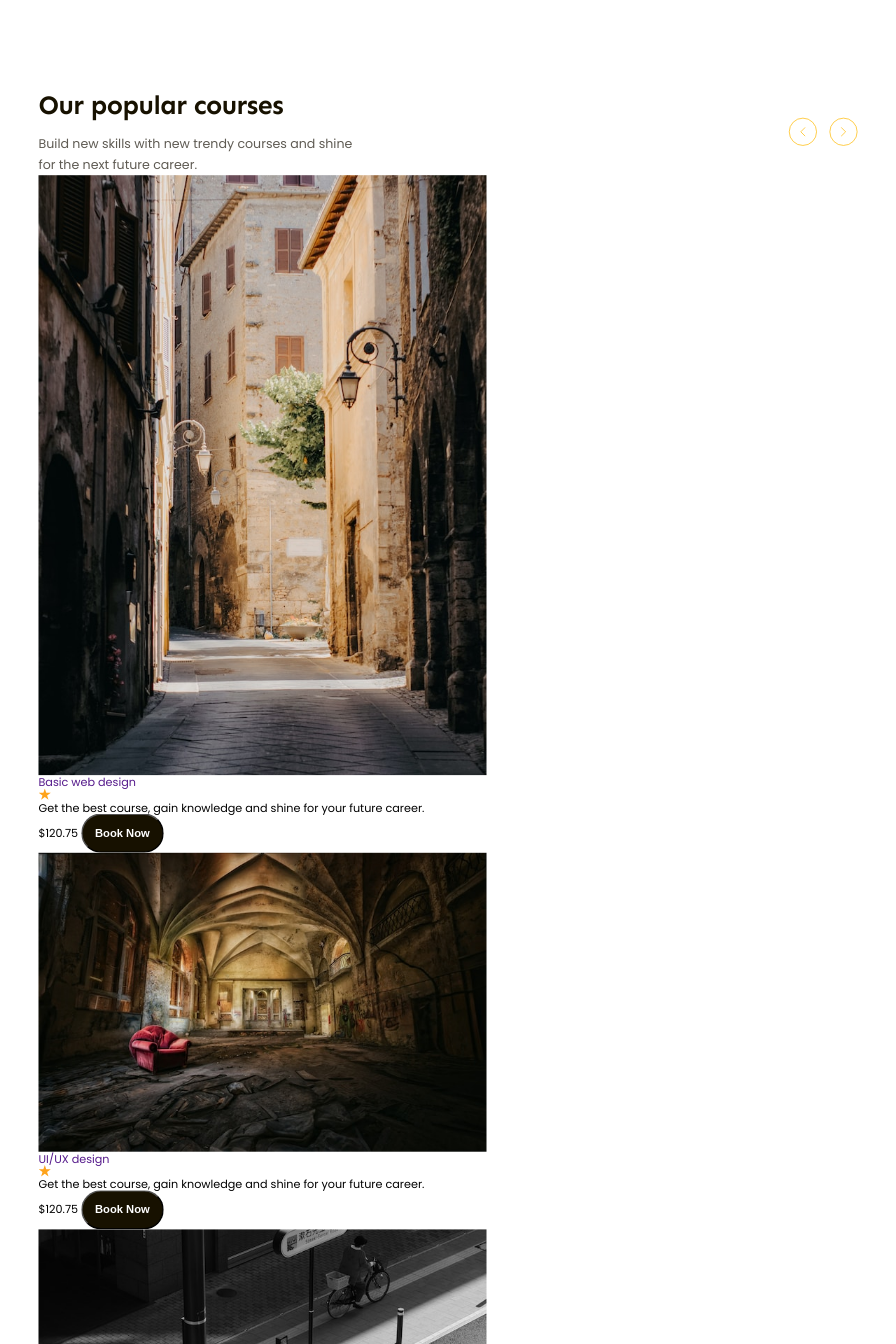
Repository: empty24062002/f8-htmlcss-02-pratice
Page: index.html
The author's editor kept a copy of each file at every save. The page is drawn from the files as they stood at one save, then again after the next save.
The browser window is 1280 px wide. The pictures show the part of the page from y = 946 to 2866 px (the page is 5187 px tall), at 70% of full size.
A picture or video elsewhere on the page could not be fetched, so the positions and the page height are approximate.

Above is the page before, as saved 2023-07-19 07:37:07.

### index.html
<!DOCTYPE html>
<html lang="en">
    <head>
        <meta charset="UTF-8" />
        <meta name="viewport" content="width=device-width, initial-scale=1.0" />
        <title>F8 Project 02 Practice</title>
        <!-- Reset CSS -->
        <link rel="stylesheet" href="./assets/css/reset.css" />
        <!-- Embed font -->
        <link rel="preconnect" href="https://fonts.googleapis.com" />
        <link rel="preconnect" href="https://fonts.gstatic.com" crossorigin />
        <link
            href="https://fonts.googleapis.com/css2?family=Poppins:wght@400;500;600;700&family=Sen:wght@700&display=swap"
            rel="stylesheet"
        />
        <link rel="stylesheet" href="./assets/css/styles.css" />
    </head>
    <body>
        <!-- Header -->
        <header class="header fixed">
            <div class="main-content">
                <div class="body">
                    <img
                        src="./assets/img/logo.svg"
                        alt="lesson."
                        class="logo"
                    />
                    <!-- nav -->
                    <nav class="nav">
                        <ul>
                            <li class="active">
                                <a href="#!">Home</a>
                            </li>
                            <li>
                                <a href="#!">Courses</a>
                            </li>
                            <li>
                                <a href="#!">Pricing</a>
                            </li>
                            <li>
                                <a href="#!">Reviews</a>
                            </li>
                        </ul>
                    </nav>
                    <!-- Action -->
                    <div class="action">
                        <a href="#!" class="btn sign-up-btn">Sign Up</a>
                    </div>
                </div>
            </div>
        </header>
        <main style="height: 5000px">
            <!-- hero -->
            <div class="hero">
                <div class="main-content">
                    <div class="hero-body">
                        <!-- Hero left -->
                        <div class="media-block">
                            <img
                                src="./assets/img/hero-media.jpg"
                                alt="Learn without limits and spread knowledge."
                                class="img"
                            />
                            <div class="hero-summary">
                                <!-- Item 1 -->
                                <div class="item">
                                    <div class="icon">
                                        <img
                                            src="./assets/icons/icon1.svg"
                                            alt=""
                                        />
                                    </div>
                                    <div class="info">
                                        <p class="lable">20 Courses</p>
                                        <p class="title">UI/UX Design</p>
                                    </div>
                                </div>
                                <!-- Item 2 -->
                                <div class="item">
                                    <div class="icon">
                                        <img
                                            src="./assets/icons/icon2.svg"
                                            alt=""
                                        />
                                    </div>
                                    <div class="info">
                                        <p class="lable">20 Courses</p>
                                        <p class="title">Development</p>
                                    </div>
                                </div>
                                <!-- Item 3 -->
                                <div class="item">
                                    <div class="icon">
                                        <img
                                            src="./assets/icons/icon 3.svg"
                                            alt=""
                                        />
                                    </div>
                                    <div class="info">
                                        <p class="lable">30 Courses</p>
                                        <p class="title">Marketing</p>
                                    </div>
                                </div>
                            </div>
                        </div>
                        <!-- Hero right -->
                        <div class="content-block">
                            <h1 class="heading lv1">
                                Learn without limits and spread knowledge.
                            </h1>
                            <p class="desc">
                                Build new skills for that “this is my year”
                                feeling with courses, certificates, and degrees
                                from world-class universities and companies.
                            </p>
                            <div class="cta-group">
                                <a href="" class="btn cta-btn">See Courses</a>
                                <button class="watch-video">
                                    <div class="icon">
                                        <img
                                            src="./assets/icons/watch-video.svg"
                                            alt=""
                                        />
                                    </div>
                                    <span>Watch video</span>
                                </button>
                            </div>
                            <p class="desc">Recent engagement</p>
                            <p class="desc stats">
                                <strong>50K</strong> Students
                                <strong>70+</strong> Courses
                            </p>
                        </div>
                    </div>
                </div>
            </div>
            <!-- Popular -->
            <div class="popular">
                <div class="main-content">
                    <div class="popular-top">
                        <div class="info">
                            <h2 class="heading lv2">Our popular courses</h2>
                            <p class="desc">
                                Build new skills with new trendy courses and
                                shine for the next future career.
                            </p>
                        </div>
                        <div class="controls">
                            <button class="control-btn">
                                <svg
                                    width="8"
                                    height="14"
                                    viewBox="0 0 8 14"
                                    fill="none"
                                    xmlns="http://www.w3.org/2000/svg"
                                >
                                    <path
                                        d="M7 1L1 7L7 13"
                                        stroke="currentColor"
                                        stroke-linecap="round"
                                        stroke-linejoin="round"
                                    />
                                </svg>
                            </button>
                            <button class="control-btn">
                                <svg
                                    width="8"
                                    height="14"
                                    viewBox="0 0 8 14"
                                    fill="none"
                                    xmlns="http://www.w3.org/2000/svg"
                                >
                                    <path
                                        d="M1 1L7 7L1 13"
                                        stroke="currentColor"
                                        stroke-linecap="round"
                                        stroke-linejoin="round"
                                    />
                                </svg>
                            </button>
                        </div>
                    </div>
                    <div class="popular-course-list">
                        <!-- Item 1 -->
                        <div class="course-item">
                            <a href="">
                                <img
                                    src="./assets/img/popular-1.jpg"
                                    alt=""
                                    class="thumb"
                                />
                            </a>
                            <div class="info">
                                <div class="head">
                                    <h3 class="title">
                                        <a href="">Basic web design</a>
                                    </h3>
                                    <div class="rating">
                                        <img
                                            src="./assets/icons/star.svg"
                                            alt=""
                                            class="star"
                                        />
                                    </div>
                                    <p class="desc">
                                        Get the best course, gain knowledge and
                                        shine for your future career.
                                    </p>
                                    <span class="price">$120.75</span>
                                    <button class="btn">Book Now</button>
                                </div>
                            </div>
                        </div>
                        <!-- Item 2 -->
                        <div class="course-item">
                            <a href="">
                                <img
                                    src="./assets/img/popular-2.jpg"
                                    alt=""
                                    class="thumb"
                                />
                            </a>
                            <div class="info">
                                <div class="head">
                                    <h3 class="title">
                                        <a href="">UI/UX design</a>
                                    </h3>
                                    <div class="rating">
                                        <img
                                            src="./assets/icons/star.svg"
                                            alt=""
                                            class="star"
                                        />
                                    </div>
                                    <p class="desc">
                                        Get the best course, gain knowledge and
                                        shine for your future career.
                                    </p>
                                    <span class="price">$120.75</span>
                                    <button class="btn">Book Now</button>
                                </div>
                            </div>
                        </div>
                        <!-- Item 3 -->
                        <div class="course-item">
                            <a href="">
                                <img
                                    src="./assets/img/popular-3.jpg"
                                    alt=""
                                    class="thumb"
                                />
                            </a>
                            <div class="info">
                                <div class="head">
                                    <h3 class="title">
                                        <a href="">Web App design</a>
                                    </h3>
                                    <div class="rating">
                                        <img
                                            src="./assets/icons/star.svg"
                                            alt=""
                                            class="star"
                                        />
                                    </div>
                                    <p class="desc">
                                        Get the best course, gain knowledge and
                                        shine for your future career.
                                    </p>
                                    <span class="price">$120.75</span>
                                    <button class="btn">Book Now</button>
                                </div>
                            </div>
                        </div>
                    </div>
                </div>
            </div>
        </main>
    </body>
</html>

### assets/css/styles.css
* {
    box-sizing: border-box;
}

:root {
    --font-heading: Sen, sans-serif;
    --primary-color: #ffb900;
    --secondary-color: #171100;
}

html {
    font-size: 62.5%;
}

body {
    font-size: 1.6rem;
    font-family: "Poppins", sans-serif;
}

/* Common */
a {
    text-decoration: none;
}

.main-content {
    width: 1170px;
    max-width: calc(100% - 48px);
    margin-left: auto;
    margin-right: auto;
}

.btn {
    display: inline-block;
    width: 118px;
    line-height: 50px;
    font-size: 1.6rem;
    font-weight: 600;
    text-align: center;
    color: #ffffff;
    background: var(--secondary-color);
    border-radius: 999px;
}

.btn:hover {
    opacity: 0.9;
    cursor: pointer;
}

.heading {
    color: var(--secondary-color);
    font-family: var(--font-heading);
    font-size: 5.8rem;
    letter-spacing: -0.02em;
}

.heading.lv1 {
    font-weight: 700;
    line-height: 1.17;
}
.heading.lv2 {
    font-size: 3.8rem;
    line-height: 1.26;
}

/* Header */
.header {
    padding: 56px 0 65px;
    background: #fffcf4;
}

.header.fixed {
    position: sticky;
    margin-top: -28px;
}

.header .body {
    display: flex;
    align-items: center;
    padding: 36px 0 8px;
}

.nav {
    margin-left: auto;
}

.nav ul {
    display: flex;
}

.nav a {
    position: relative;
    padding: 8px 21px;
    font-size: 1.6rem;
    font-weight: 400;
    color: var(--secondary-color);
}

.nav a:hover,
.nav li.active a {
    text-shadow: 1px 0 0 currentColor;
    color: var(--secondary-color);
}

.nav li.active a::after {
    position: absolute;
    left: 21px;
    bottom: 6px;
    content: "";
    display: block;
    width: 12px;
    height: 2px;
    border-radius: 1px;
    background-color: var(--secondary-color);
}

.header .sign-up-btn {
    min-width: 144px;
    border-radius: 25px;
}

.header .action {
    margin-left: 49px;
}

/* Hero */
.hero {
    background: #fffcf4;
    padding-top: 64px 0 65px;
}

.hero .hero-body {
    display: flex;
}

/* hero left */
.hero .media-block {
    width: 48%;
    position: relative;
}

.hero .media-block .img {
    width: 470px;
    height: 685px;
    object-fit: cover;
    border-radius: 20px;
    vertical-align: bottom;
}

.hero-summary {
    position: absolute;
    padding: 24px 28px;
    bottom: 48px;
    right: 0;
    width: 270px;
    border-radius: 12px;
    background-color: #ffffff;
    box-shadow: 0px 16px 32px 0px #0000000d;
}

.hero-summary .item {
    display: flex;
    align-items: center;
}

.hero-summary .item + .item {
    margin-top: 22px;
}

.hero-summary .icon {
    display: flex;
    align-items: center;
    justify-content: center;
    width: 48px;
    height: 48px;
    background-color: #fff9e8;
    border-radius: 50%;
}

.hero-summary .item:nth-of-type(2) .icon {
    background: #fcefff;
}
.hero-summary .item:nth-of-type(3) .icon {
    background: #ebeaff;
}

.hero-summary .info {
    margin-left: 16px;
}

.hero-summary .lable {
    color: #5f5b53;
    font-size: 1.4rem;
    font-weight: 400;
    line-height: 1.85;
}

.hero-summary .title {
    color: var(--secondary-color);
    font-size: 1.8rem;
    font-weight: 600;
    line-height: 1.66;
}
/* Hero right */
.hero .content-block {
    width: 52%;
    padding: 64px 0 0 130px;
}

.hero .desc {
    margin-top: 22px;
    color: #5f5b53;
    font-size: 1.8rem;
    font-weight: 400;
    line-height: 1.66;
}

.hero .cta-group {
    display: flex;
    align-items: center;
    margin: 38px 0 48px;
}

.hero .cta-btn {
    min-width: 180px;
    line-height: 64px;
    background-color: var(--primary-color);
}

.hero .watch-video {
    display: flex;
    justify-content: center;
    align-items: center;
    margin-left: 28px;
    border: none;
    background-color: transparent;
}

.hero .watch-video .icon {
    display: flex;
    align-items: center;
    justify-content: center;
    width: 40px;
    height: 40px;
    border-radius: 50%;
    background-color: #ffffff;
    box-shadow: 0px 8px 16px 0px #00000012;
}

.hero .watch-video span {
    margin-left: 14px;
    color: var(--secondary-color);
    font-size: 1.8rem;
    font-weight: 600;
    line-height: 1.66;
}

.hero .stats {
    margin: 8px 0 0 -28px;
}

.hero .stats strong {
    padding: 0 8px 0 28px;
    color: var(--secondary-color);
    font-family: var(--font-heading);
    font-size: 4.4rem;
    font-weight: 700;
    line-height: 1.22;
}
/* Popular */
.popular {
    padding: 65px 0;
    margin-top: 135px;
}

.popular-top {
    display: flex;
    justify-content: space-between;
    align-items: center;
}

.popular-top .desc {
    width: 458px;
    margin-top: 16px;
    color: #5f5b53;
    font-size: 1.8rem;
    font-weight: 400;
    line-height: 1.66;
}

.popular-top .controls {
    display: flex;
    gap: 18px;
}

.popular-top .control-btn {
    display: flex;
    justify-content: center;
    align-items: center;
    width: 40px;
    height: 40px;
    color: var(--primary-color);
    border: 1px solid var(--primary-color);
    border-radius: 50%;
    background-color: transparent;
    cursor: pointer;
}

.popular-top .control-btn:hover {
    color: #fff9e8;
    background-color: var(--primary-color);
}

.popular .course-list {
    display: flex;
    margin-top: 55px;
}

Loaded but not shown: assets/css/reset.css (common file)

After the next save:
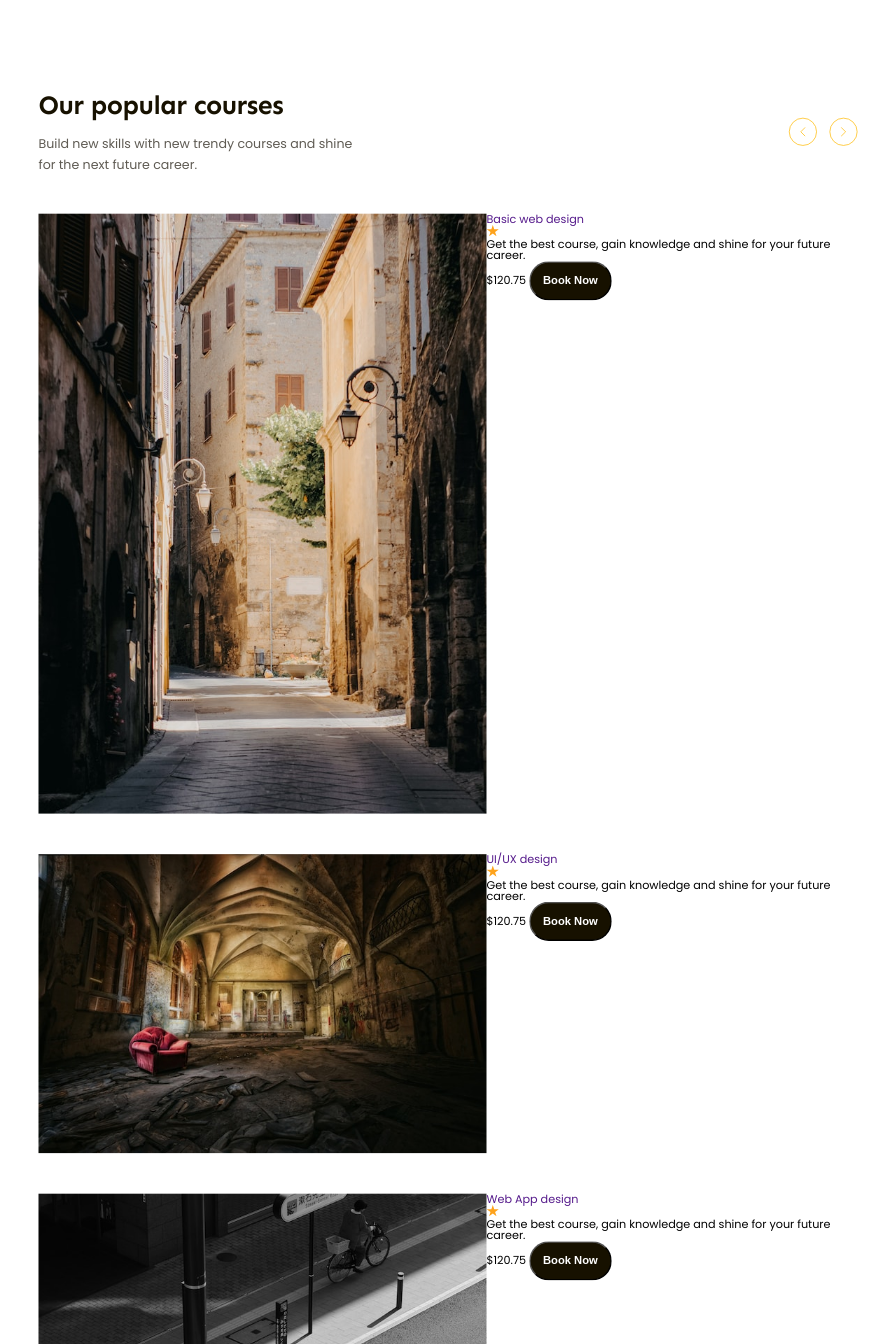
Saved 19 s later.
--- a/assets/css/styles.css
+++ b/assets/css/styles.css
@@ -310,7 +310,7 @@
     background-color: var(--primary-color);
 }
 
-.popular .course-list {
+.popular .course-item {
     display: flex;
     margin-top: 55px;
 }
